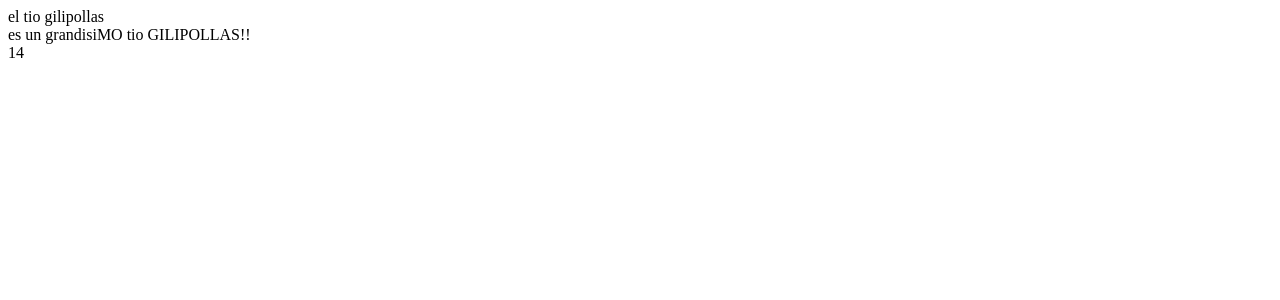
Repository: LionardoGomiz/CRUD-JS-VAINILLA
Page: http://localhost/gilipollas.php
The author's editor kept a copy of each file at every save. The page is drawn from the files as they stood at one save, then again after the next save.
The browser window is 1280 px wide. The pictures show the whole page.
The page is run by PHP 8.4 with error messages shown; the project is at /var/www/html/.

Above is the page before, as saved 2021-08-13 20:03:48.

### gilipollas.php
<?php

$palabra = "el tio ";
$palabbra2 = "gilipollas";

echo ($palabra.$palabbra2);

$num1 = 12;
$num2 = 2;
echo "<br>";

if ($num1 == 8) {
    echo "ueted no es un gilipollas";
}else{
    echo "es un grandisiMO tio GILIPOLLAS!!";
}

echo "<BR>";

echo ($num1+$num2);

After the next save:
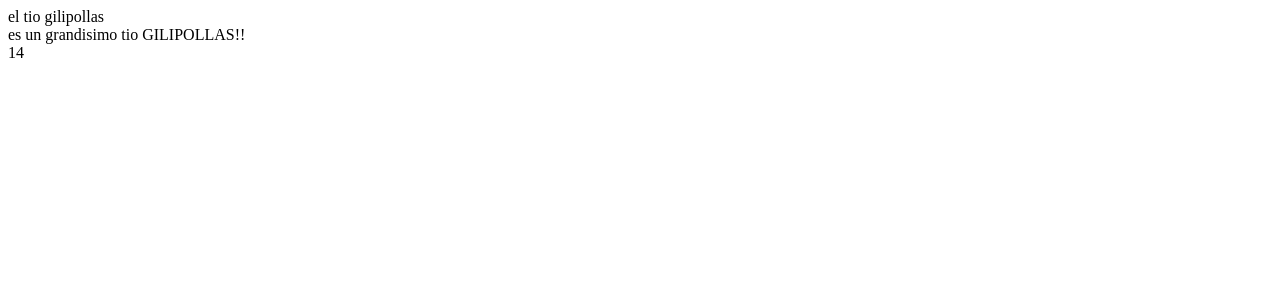
Saved 28 s later.
--- a/gilipollas.php
+++ b/gilipollas.php
@@ -12,7 +12,7 @@ echo "<br>";
 if ($num1 == 8) {
     echo "ueted no es un gilipollas";
 }else{
-    echo "es un grandisiMO tio GILIPOLLAS!!";
+    echo "es un grandisimo tio GILIPOLLAS!!";
 }
 
 echo "<BR>";
